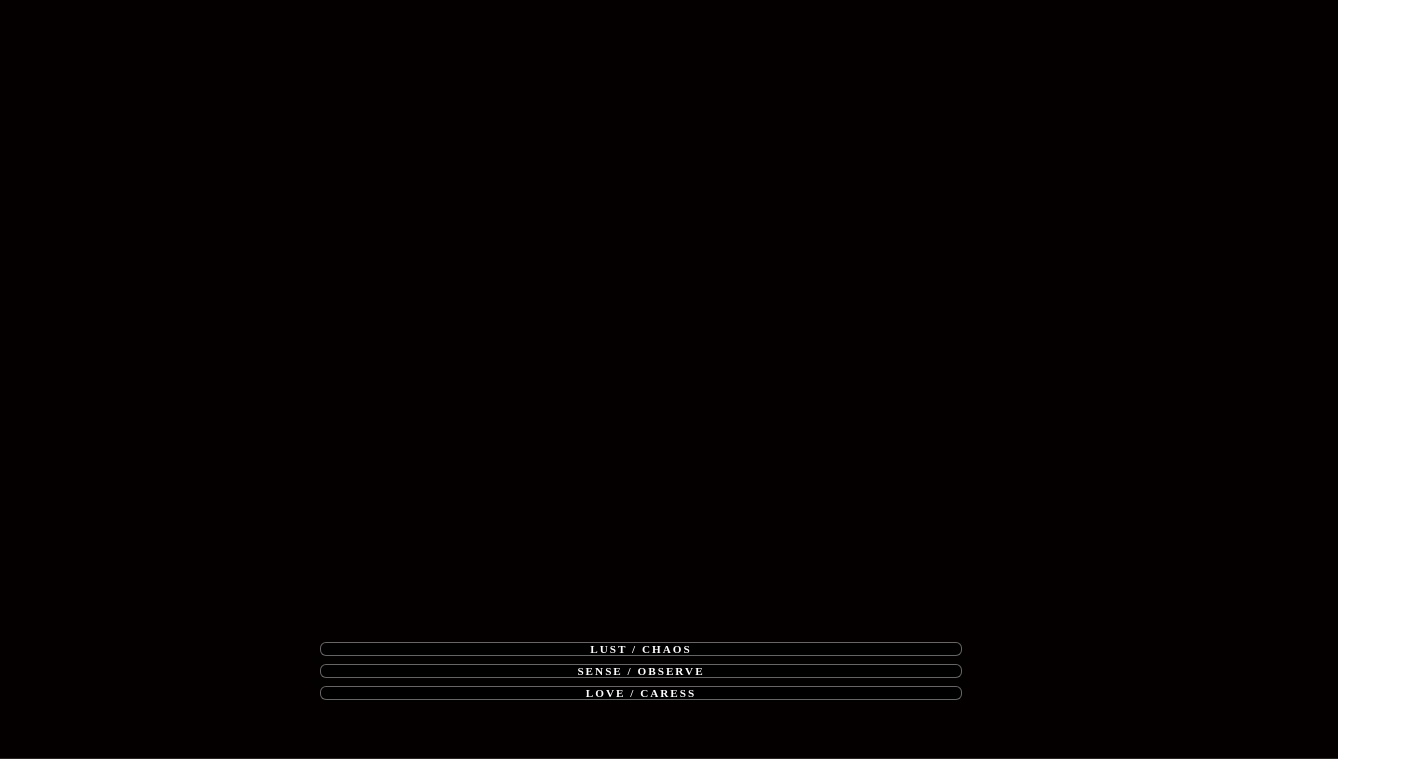
Repository: chatgdpkuesuto-sys/quest-rpg
Page: 00_Dashboard/index.html
An editor plug-in stored every save of this project. The page is shown before and after the next save, followed by the edit.
The browser window is 1280 px wide. The page is 1338 px wide, then 1280 px, then 1401 px, so the pictures cover 1401 px, including what lies to the right of the window. The pictures show the whole page.

Above is the page before, as saved 2026-02-20 08:31:35.

### 00_Dashboard/index.html
<!DOCTYPE html>
<html lang="ja">

<head>
    <meta charset="UTF-8">
    <meta name="viewport" content="width=device-width, initial-scale=1.0">
    <title>Machadun Dashboard (OBS Overlay)</title>
    <link rel="stylesheet" href="style.css">
</head>

<body>
    <!-- 🌟 NEW: 魚眼レンズ（球面）フィルター定義 🌟 -->
    <svg style="position: fixed; width: 0; height: 0;">
        <filter id="fisheye-filter">
            <feTurbulence type="fractalNoise" baseFrequency="0.01" numOctaves="1" result="noise" />
            <feDisplacementMap in="SourceGraphic" in2="noise" scale="0" xChannelSelector="R" yChannelSelector="G"
                id="fisheye-map" />
            <!-- 球面歪みをシンプルに再現するために matrix と scale を組み合わせる（後ほどJSで制御） -->
        </filter>
    </svg>

    <!-- 背景CG用コンテナ (engine.js で background-image を動的に制御) -->
    <div id="bg-container"></div>

    <!-- 狂気・発情エフェクト用オーバーレイ -->
    <div id="blood-overlay"></div>
    <div id="glitch-overlay"></div>

    <!-- Zundamon Voice Player -->
    <audio id="voice-player" src="outputs/voice.wav" preload="none"></audio>
    <!-- Sound Effects Player -->
    <audio id="se-player" preload="none"></audio>

    <!-- 🌟 NEW: 三連・蓄積ゲージ（三つの発展） 🌟 -->
    <div id="buildup-container">
        <!-- 嗜虐：右クリック -->
        <div class="buildup-bar">
            <div id="fill-lust" class="buildup-fill lust"></div><span class="gauge-label">LUST / CHAOS</span>
        </div>
        <!-- 管理：中クリック -->
        <div class="buildup-bar">
            <div id="fill-special" class="buildup-fill special"></div><span class="gauge-label">SENSE / OBSERVE</span>
        </div>
        <!-- 慈愛：左クリック -->
        <div class="buildup-bar">
            <div id="fill-love" class="buildup-fill love"></div><span class="gauge-label">LOVE / CARESS</span>
        </div>
    </div>

    <!-- 🌟 NEW: クライマックス発動ボタン（手動） 🌟 -->
    <button id="climax-trigger" onclick="triggerClimax()">CLIMAX!!</button>

    <!-- 🌟 NEW: マンガ風 吹き出しコンテナ 🌟 -->
    <div id="bubble-container"></div>

    <script>
        async function sendAction(actionName, x = 0, y = 0) {
            console.log(`Action Sent: ${actionName} at (${x}%, ${y}%)`);

            // 視覚的フィードバック（クリック時）
            document.body.style.animation = "shake 0.1s";
            setTimeout(() => document.body.style.animation = "none", 100);

            try {
                // URLパラメータにタイムスタンプをつけてキャッシュを完全に無効化する
                await fetch(`http://localhost:5000/action?t=${Date.now()}`, {
                    method: 'POST',
                    headers: {
                        'Content-Type': 'application/json',
                        'Cache-Control': 'no-cache'
                    },
                    body: JSON.stringify({
                        action: actionName,
                        x: x,
                        y: y,
                        time: Date.now()
                    })
                });
            } catch (e) {
                console.error("Failed to send action:", e);
            }
        }

        // 🌟 NEW: クリックエフェクト（視覚的ギミック）
        function createClickEffect(x, y, type = 'heart') {
            const effect = document.createElement('div');
            effect.className = 'click-effect';
            effect.style.left = x + '%';
            effect.style.top = y + '%';

            // タイプによってアイコンを変える
            if (type === 'heart') effect.innerHTML = '❤️';
            else if (type === 'blue-sparkle') effect.innerHTML = '✨';
            else effect.innerHTML = '🔥';

            document.body.appendChild(effect);

            // 効果音の再生（ある場合）
            const se = document.getElementById('se-player');
            se.src = 'sounds/hit.mp3';
            se.play().catch(e => console.log("SE Play blocked"));

            setTimeout(() => effect.remove(), 800);
        }

        // 🌟 NEW: フルスクリーン・マウスクリック制御 (座標取得版) 🌟
        document.addEventListener('contextmenu', event => event.preventDefault());

        // 🌟 NEW: 三連・蓄積ゲージの状態管理
        let gauges = {
            love: 0,
            lust: 0,
            special: 0
        };

        // 🌟 NEW: 円運動・魚眼の状態管理
        let time = 0;
        let mirrorScale = 1; // 1 or -1 for instant flip
        let pendingClimax = null; // 蓄積されたコマンドを一時保持

        function triggerClimax() {
            if (!pendingClimax) return;

            console.log("🚀 TRIGGERING MANUAL CLIMAX!");

            // 🌟 イラスト切り替え時にランダムで左右反転 (50% chance)
            mirrorScale = Math.random() > 0.5 ? 1 : -1;

            // 1. AIへ送信
            sendAction(pendingClimax.action, pendingClimax.x, pendingClimax.y);

            // 2. 立ち絵切り替え
            if (typeof cycleVariant === "function") cycleVariant();

            // 3. UIリセット
            const btn = document.getElementById('climax-trigger');
            btn.style.display = 'none';
            for (let k in gauges) gauges[k] = 0;
            document.querySelectorAll('.buildup-fill').forEach(el => el.style.width = '0%');

            pendingClimax = null;
        }

        function updateVisuals() {
            // ゲージの平均値を計算（0.0 ~ 1.0）
            const avgGauge = (gauges.love + gauges.lust + gauges.special) / 300;

            // 速度アップ（蓄積量に応じて呼吸が激しくなるイメージ）
            const speed = 0.02 + (avgGauge * 0.1);
            time += speed;

            const bg = document.getElementById('bg-container');

            // 1. 自然な浮遊・呼吸運動 (Physical sway)
            const radius = 5 + (avgGauge * 30); // 動きが大きすぎると端が見えるので少し抑える
            const x = Math.sin(time * 0.8) * (radius / 2);
            const y = Math.cos(time * 1.1) * radius;

            // 2. 呼吸によるスケール変化 (Breathing)
            // contain の場合、端が切れないようにベーススケールを調整
            const scale = 1.1 + (avgGauge * 0.1) + (Math.sin(time) * 0.02);

            // 全てを統合して適用（歪みなしのクリアな動き）
            bg.style.transform = `
                scaleX(${mirrorScale})
                translate(${x}px, ${y}px)
                scale(${scale})
            `;

            requestAnimationFrame(updateVisuals);
        }
        updateVisuals();

        // 🌟 ゲージの自動減少（Decay）ロジック
        setInterval(() => {
            for (let key in gauges) {
                if (gauges[key] > 0) {
                    gauges[key] -= 0.3; // ゆっくり戻る（秒間約3%減少）
                    if (gauges[key] < 0) gauges[key] = 0;
                    const fill = document.getElementById(`fill-${key}`);
                    if (fill) fill.style.width = gauges[key] + '%';
                }
            }
        }, 100);

        document.addEventListener('mousedown', (event) => {
            if (event.target.id === 'init-audio') return;

            const xPercent = Math.round((event.clientX / window.innerWidth) * 100);
            const yPercent = Math.round((event.clientY / window.innerHeight) * 100);

            let clickType = 'heart';
            let gaugeKey = 'love';
            let actionIntent = "左クリック（肯定／愛撫）";

            if (event.button === 2) {
                clickType = 'fire';
                gaugeKey = 'lust';
                actionIntent = "右クリック（嗜虐／ハプニング）";
            } else if (event.button === 1) {
                clickType = 'blue-sparkle';
                gaugeKey = 'special';
                actionIntent = "ホイールクリック（特殊行動／観察）";
            }

            // 1. ゲージの蓄積 (+15% per click, 減少があるため少し多めに設定)
            gauges[gaugeKey] += 15;
            if (gauges[gaugeKey] > 100) gauges[gaugeKey] = 100;

            // 2. ゲージの視覚的更新
            document.getElementById(`fill-${gaugeKey}`).style.width = gauges[gaugeKey] + '%';

            // 3. エフェクトの表示のみ（反転はここでは行わない）
            createClickEffect(xPercent, yPercent, clickType);

            // 4. ゲージが100%になったら「発展ボタン」を表示！
            if (gauges[gaugeKey] >= 100) {
                console.log(`🔥 ${gaugeKey.toUpperCase()} GAUGE PENDING CLIMAX! 🔥`);

                // ルートに応じたド派手な演出名
                const pathNames = { love: "慈愛・調教ルート", lust: "淫靡・嗜虐ルート", special: "特殊・覚醒ルート" };
                const finalAction = `${pathNames[gaugeKey]} [深淵への発展]`;

                // ボタンの表示と設定
                const btn = document.getElementById('climax-trigger');
                btn.className = gaugeKey; // 色替え用
                btn.innerText = "DEVOUR " + gaugeKey.toUpperCase();
                btn.style.display = 'block';

                // 実行待ちとして保存
                pendingClimax = {
                    action: finalAction,
                    x: xPercent,
                    y: yPercent
                };

                // ド派手なエフェクト
                for (let i = 0; i < 15; i++) {
                    setTimeout(() => createClickEffect(50 + (Math.random() - 0.5) * 40, 50 + (Math.random() - 0.5) * 40, clickType), i * 40);
                }
            }
        });
    </script>

    <!-- 設定ファイル読込 -->
    <script src="status.js"></script>
    <!-- エンジンロジック読込 -->
    <script src="engine.js"></script>
</body>

</html>

Loaded but not shown: 00_Dashboard/engine.js (228 lines, source omitted); 00_Dashboard/status.js (19 lines, source omitted); 00_Dashboard/style.css (493 lines, source omitted)

After the next save:
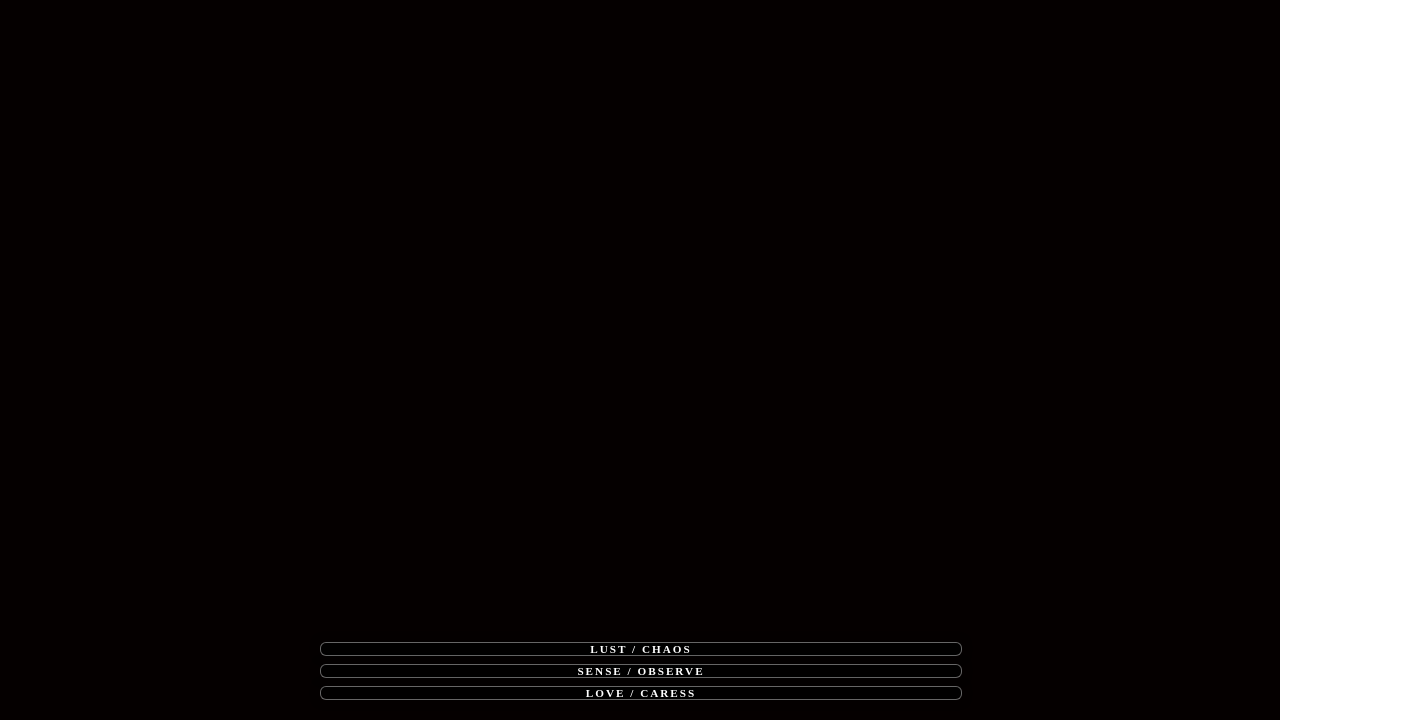
Console error: ReferenceError: currentOriginX is not defined
Saved 75 s later.
--- a/00_Dashboard/index.html
+++ b/00_Dashboard/index.html
@@ -151,16 +151,23 @@
 
             const bg = document.getElementById('bg-container');
 
-            // 1. 自然な浮遊・呼吸運動 (Physical sway)
+            // 1. 滑らかなズーム基準点の移動 (Lerp)
+            currentOriginX += (targetOriginX - currentOriginX) * 0.1;
+            currentOriginY += (targetOriginY - currentOriginY) * 0.1;
+            bg.style.transformOrigin = `${currentOriginX}% ${currentOriginY}%`;
+
+            // 2. ズームブーストの減衰
+            zoomBoost *= 0.95;
+
+            // 3. 自然な浮遊・呼吸運動 (Physical sway)
             const radius = 5 + (avgGauge * 30); // 動きが大きすぎると端が見えるので少し抑える
             const x = Math.sin(time * 0.8) * (radius / 2);
             const y = Math.cos(time * 1.1) * radius;
 
-            // 2. 呼吸によるスケール変化 (Breathing)
-            // contain の場合、端が切れないようにベーススケールを調整
-            const scale = 1.1 + (avgGauge * 0.1) + (Math.sin(time) * 0.02);
-
-            // 全てを統合して適用（歪みなしのクリアな動き）
+            // 4. スケール計算 (Base + Gauge + Boost + Breathing)
+            const scale = 1.1 + (avgGauge * 0.1) + zoomBoost + (Math.sin(time) * 0.02);
+
+            // 全てを統合して適用
             bg.style.transform = `
                 scaleX(${mirrorScale})
                 translate(${x}px, ${y}px)
@@ -186,8 +193,14 @@
         document.addEventListener('mousedown', (event) => {
             if (event.target.id === 'init-audio') return;
 
-            const xPercent = Math.round((event.clientX / window.innerWidth) * 100);
-            const yPercent = Math.round((event.clientY / window.innerHeight) * 100);
+            // 1. 座標計算
+            const xPercent = (event.clientX / window.innerWidth) * 100;
+            const yPercent = (event.clientY / window.innerHeight) * 100;
+
+            // 🌟 NEW: クリック座標に向かってズーム基準点を移動 & ブースト
+            targetOriginX = xPercent;
+            targetOriginY = yPercent;
+            zoomBoost = 0.15; // 瞬間的に15%拡大
 
             let clickType = 'heart';
             let gaugeKey = 'love';

After the 3 saves that followed:
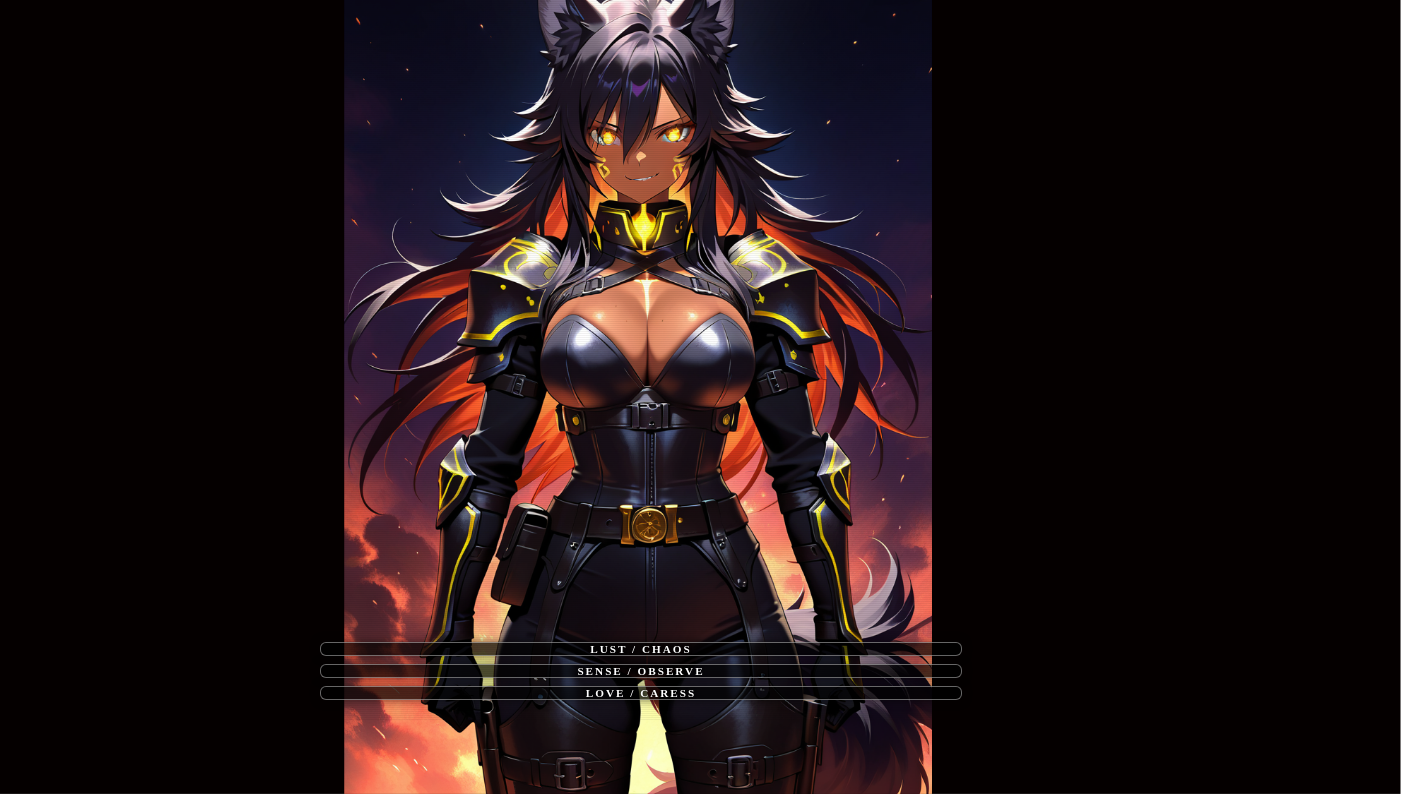
The error is gone.
The 3 saves are shown as one change because 2 left the picture as it was.
The last was saved 3 min 55 s later.
--- a/00_Dashboard/index.html
+++ b/00_Dashboard/index.html
@@ -113,10 +113,15 @@
             special: 0
         };
 
-        // 🌟 NEW: 円運動・魚眼の状態管理
+        // 🌟 NEW: 円運動・ズーム・同期の状態管理
         let time = 0;
         let mirrorScale = 1; // 1 or -1 for instant flip
         let pendingClimax = null; // 蓄積されたコマンドを一時保持
+
+        // 🌟 NEW: クリック・フォーカス・ズームの状態
+        let currentOriginX = 50, currentOriginY = 50;
+        let targetOriginX = 50, targetOriginY = 50;
+        let zoomBoost = 0;
 
         function triggerClimax() {
             if (!pendingClimax) return;
@@ -160,12 +165,13 @@
             zoomBoost *= 0.95;
 
             // 3. 自然な浮遊・呼吸運動 (Physical sway)
-            const radius = 5 + (avgGauge * 30); // 動きが大きすぎると端が見えるので少し抑える
+            const radius = 5 + (avgGauge * 60); // 最大65pxまで拡大
             const x = Math.sin(time * 0.8) * (radius / 2);
             const y = Math.cos(time * 1.1) * radius;
 
             // 4. スケール計算 (Base + Gauge + Boost + Breathing)
-            const scale = 1.1 + (avgGauge * 0.1) + zoomBoost + (Math.sin(time) * 0.02);
+            // 全体的にさらに大きく（1.1 -> 1.2ベースへ）
+            const scale = 1.2 + (avgGauge * 0.15) + zoomBoost + (Math.sin(time) * 0.03);
 
             // 全てを統合して適用
             bg.style.transform = `
@@ -177,6 +183,26 @@
             requestAnimationFrame(updateVisuals);
         }
         updateVisuals();
+
+        // 🌟 NEW: キネティック・フレームアニメーション（差分をコマ送りして命を吹き込む）
+        function kineticAnimationLoop() {
+            // ゲージの平均値（0.0 ~ 1.0）
+            const avgGauge = (gauges.love + gauges.lust + gauges.special) / 300;
+
+            // 差分を切り替える (engine.js の関数を叩く)
+            if (typeof cycleVariant === "function") {
+                cycleVariant();
+            }
+
+            // 次のフレームまでの時間を計算
+            // 0%  -> 2000ms (ゆったり)
+            // 100% -> 100ms   (激しい！)
+            const nextInterval = 2000 / (1 + avgGauge * 19);
+
+            setTimeout(kineticAnimationLoop, nextInterval);
+        }
+        // ループ開始
+        kineticAnimationLoop();
 
         // 🌟 ゲージの自動減少（Decay）ロジック
         setInterval(() => {
@@ -200,7 +226,7 @@
             // 🌟 NEW: クリック座標に向かってズーム基準点を移動 & ブースト
             targetOriginX = xPercent;
             targetOriginY = yPercent;
-            zoomBoost = 0.15; // 瞬間的に15%拡大
+            zoomBoost = 0.3; // 瞬間的に30%拡大 (さらに強力に)
 
             let clickType = 'heart';
             let gaugeKey = 'love';
